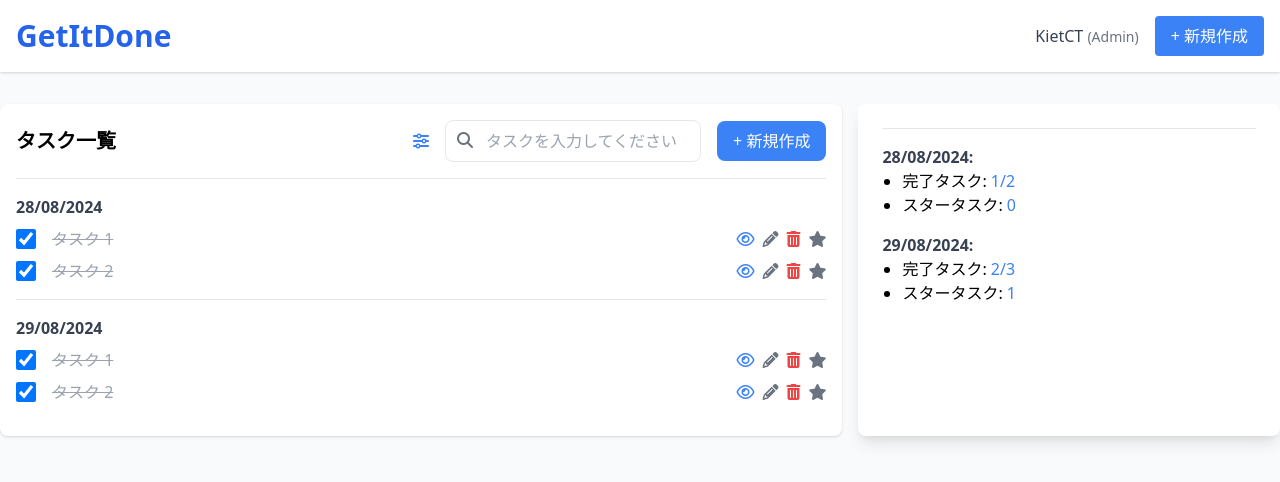
Repository: TuanAnhNguyen723/todolist
Page: mainscreen.html
An editor plug-in stored every save of this project. The page is shown before and after the next save, followed by the edit.
The browser window is 1280 px wide. The pictures show the whole page.
Some web libraries are served in a nearby version.

Above is the page before, as saved 2024-09-24 22:02:40.

After the next save:
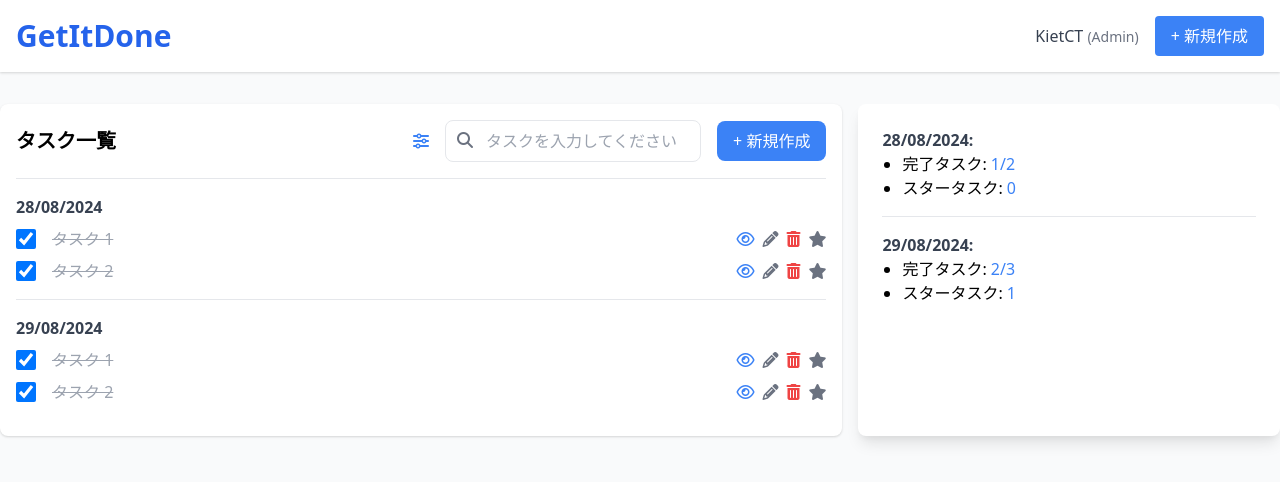
Saved 6 s later.
--- a/mainscreen.html
+++ b/mainscreen.html
@@ -189,13 +189,13 @@
 
         <!-- Task Completion Summary (Hiển thị luôn, không dùng popup) -->
         <div id="task-summary" class="w-1/3 bg-white p-6 rounded-lg shadow-lg ml-4">
-          <h3 class="font-bold text-gray-700 border-t pt-4">28/08/2024:</h3>
+          <h3 class="font-bold text-gray-700 ">28/08/2024:</h3>
           <ul class="list-disc pl-5">
             <li>完了タスク: <span class="text-blue-500">1/2</span></li>
             <li>スタータスク: <span class="text-blue-500">0</span></li>
           </ul>
 
-          <h3 class="font-bold text-gray-700 mt-4">29/08/2024:</h3>
+          <h3 class="font-bold text-gray-700 mt-4 border-t pt-4">29/08/2024:</h3>
           <ul class="list-disc pl-5">
             <li>完了タスク: <span class="text-blue-500">2/3</span></li>
             <li>スタータスク: <span class="text-blue-500">1</span></li>
